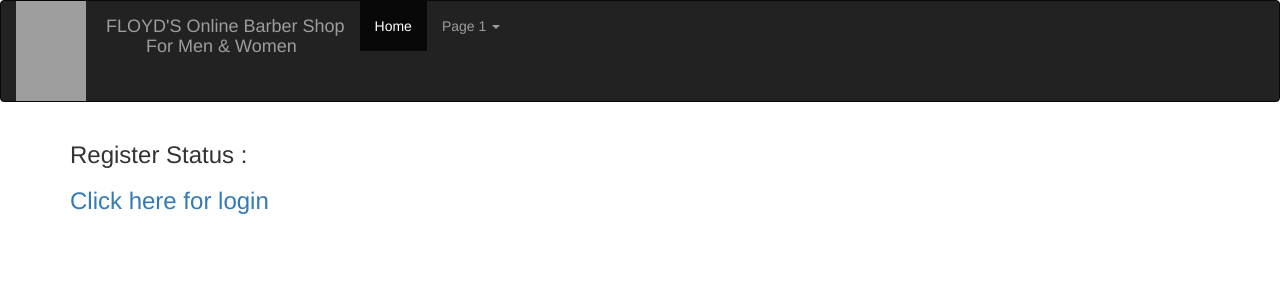
Repository: Mithil-Chavan/OnlineBarbershopManagementSystem
Page: http://localhost/OnlineBarberShop/WEB-INF/views/user/regstatus.jsp
An editor plug-in stored every save of this project. The page is shown before and after the next save, followed by the edit.
The browser window is 1280 px wide. The pictures show the whole page.
The page is served by Tomcat 9. Nobody is signed in. The template is opened directly, without the code that normally fills it, so the values that code supplies are empty.

Above is the page before, as saved 2021-03-25 06:32:18.

After the next save:
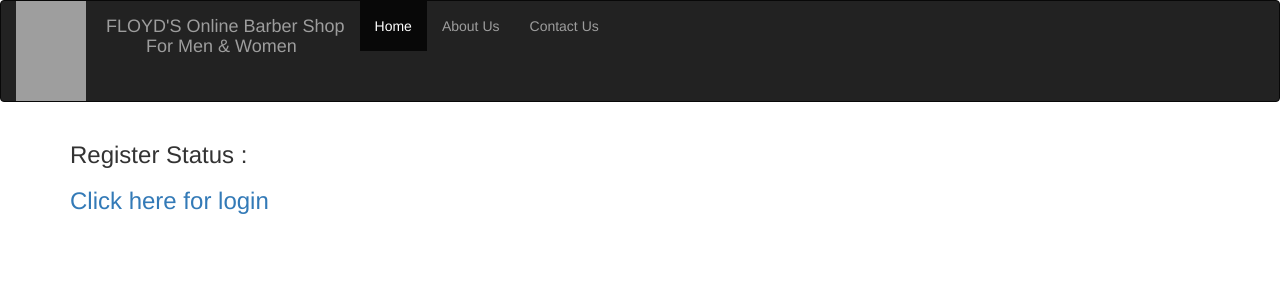
Saved 17 s later.
--- a/OnlineBarberShop/OnlineBarberShop/src/main/webapp/WEB-INF/views/user/regstatus.jsp
+++ b/OnlineBarberShop/OnlineBarberShop/src/main/webapp/WEB-INF/views/user/regstatus.jsp
@@ -30,8 +30,7 @@
     </div>
     <ul class="nav navbar-nav">
       <li class="active"><a href="#">Home</a></li>
-      <li class="dropdown"><a class="dropdown-toggle" data-toggle="dropdown" href="#">Page 1 <span class="caret"></span></a>
-        <ul class="dropdown-menu">
+
          <li><a href="/about">About Us</a></li>
       <li><a href="/contact">Contact Us</a></li>
         </ul>
